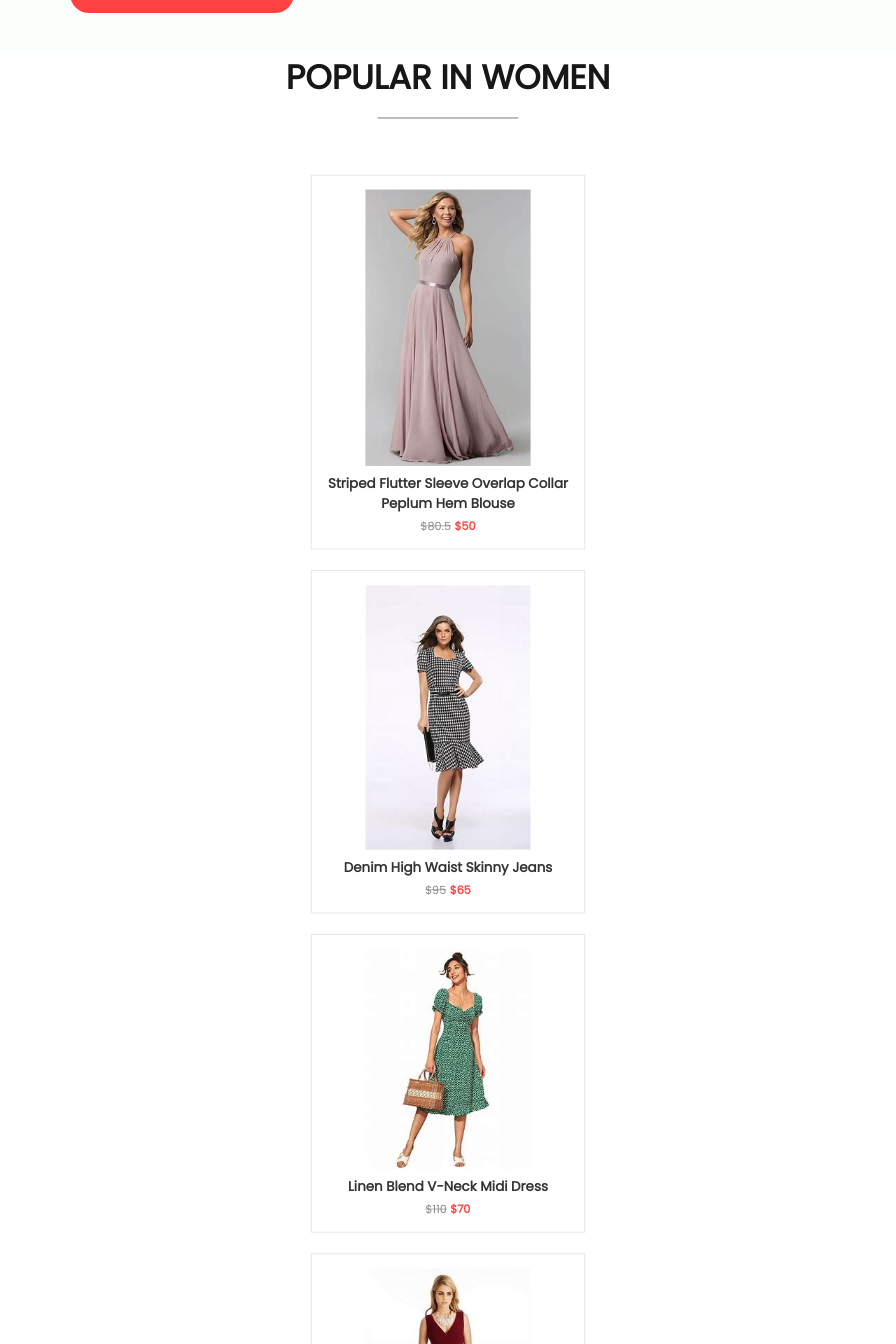
Repository: sshaiv/Shoppie_EcommerceAPP
Page: /
The author's editor kept a copy of each file at every save. The page is drawn from the files as they stood at one save, then again after a run of saves.
The browser window is 1280 px wide. The pictures show the part of the page from y = 734 to 2654 px (the page is 3003 px tall before and 2945 px after), at 70% of full size.
The project was rebuilt for these pictures with package versions that can differ from the ones it lists, and the page was loaded fresh each time. Also part of the build but not shown: src/App.css, src/Components/Pages/ShopCategory.jsx, src/Components/Pages/Product.jsx, src/Components/Pages/Cart.jsx, src/Components/Pages/LoginSignup.jsx, src/Components/Item/Item.jsx.

Above is the page before, as saved 2024-07-16 18:24:15.

### public/index.html
<!DOCTYPE html>
<html lang="en">
  <head>
    <meta charset="utf-8" />
    <link rel="icon" href="%PUBLIC_URL%/favicon.ico" />
    <meta name="viewport" content="width=device-width, initial-scale=1" />
    <meta name="theme-color" content="#000000" />
    <meta
      name="description"
      content="Web site created using create-react-app"
    />
    <link rel="apple-touch-icon" href="%PUBLIC_URL%/logo192.png" />
    <!--
      manifest.json provides metadata used when your web app is installed on a
      user's mobile device or desktop. See https://developers.google.com/web/fundamentals/web-app-manifest/
    -->
    <link rel="manifest" href="%PUBLIC_URL%/manifest.json" />
    <!--
      Notice the use of %PUBLIC_URL% in the tags above.
      It will be replaced with the URL of the `public` folder during the build.
      Only files inside the `public` folder can be referenced from the HTML.

      Unlike "/favicon.ico" or "favicon.ico", "%PUBLIC_URL%/favicon.ico" will
      work correctly both with client-side routing and a non-root public URL.
      Learn how to configure a non-root public URL by running `npm run build`.
    -->
    <link rel="preconnect" href="https://fonts.googleapis.com">
    <link rel="preconnect" href="https://fonts.gstatic.com" crossorigin>
    <link href="https://fonts.googleapis.com/css2?family=Poppins&display=swap" rel="stylesheet">
    <title>E-Commerce</title>
  </head>
  <body>
    <noscript>You need to enable JavaScript to run this app.</noscript>
    <div id="root"></div>
    <!--
      This HTML file is a template.
      If you open it directly in the browser, you will see an empty page.

      You can add webfonts, meta tags, or analytics to this file.
      The build step will place the bundled scripts into the <body> tag.

      To begin the development, run `npm start` or `yarn start`.
      To create a production bundle, use `npm run build` or `yarn build`.
    -->
  </body>
</html>

### src/index.css
*{
  margin: 0;
}

body {
  margin: 0;
  font-family: -apple-system, BlinkMacSystemFont, 'Segoe UI', 'Roboto', 'Oxygen',
    'Ubuntu', 'Cantarell', 'Fira Sans', 'Droid Sans', 'Helvetica Neue',
    sans-serif;
  -webkit-font-smoothing: antialiased;
  -moz-osx-font-smoothing: grayscale;

 font-family:'Poppins';

}

code {
  font-family: source-code-pro, Menlo, Monaco, Consolas, 'Courier New',
    monospace;
}

### src/App.js
import React from 'react';
import './App.css';
import Navbar from './Components/Navbar/Navbar';
import { BrowserRouter, Routes, Route } from 'react-router-dom';
import ShopCategory from './Components/Pages/ShopCategory';
import Product from './Components/Pages/Product';
import Cart from './Components/Pages/Cart';
import LoginSignup from './Components/Pages/LoginSignup';
import Shop from './Components/Pages/Shop';

const App = () => {
  return (
    <div>
      <BrowserRouter>
        <Navbar />
        <Routes>
          <Route path='/' element={<Shop />} />
          <Route path='/mens' element={<ShopCategory category='mens' />} />
          <Route path='/womens' element={<ShopCategory category='women' />} />
          <Route path='/kids' element={<ShopCategory category='kids' />} />
          <Route path='/product' element={<Product />} />
          <Route path='/product/:productID' element={<Product />} />
          <Route path='/cart' element={<Cart />} />
          <Route path='/login' element={<LoginSignup />} />
        </Routes>
      </BrowserRouter>
    </div>
  );
}

export default App;

### src/Components/Navbar/Navbar.jsx
import React, { useState } from 'react'
import './Navbar.css'
import logo from '../Assets/logo.png'
import cart_icon from '../Assets/cart_icon.png'
import { Link } from 'react-router-dom'

const Navbar = () => {
const [menu,setMenu]=useState("shop");

  return (
    <div>
      <div className='navbar'>
        <div className='nav-logo'>
          <img src={logo} alt="Logo" />
          <p>Shopper</p>
        </div>
        <ul className='nav-menu'>
            <li onClick={()=>{setMenu("shop")}}><Link style={{textDecoration:'none'}} to='/'>Shop </Link>{menu==="shop"? <hr/> :<></>}   </li>
            <li onClick={()=>{setMenu("mens")}}><Link style={{textDecoration:'none'}}  to='/mens'>Mens</Link> {menu==="shop"? <hr/> :<></>} </li>
            <li onClick={()=>{setMenu("womens")}}><Link style={{textDecoration:'none'}}  to='/womens'>Womens </Link> {menu==="shop"? <hr/> :<></>} </li>
            <li onClick={()=>{setMenu("kids")}}><Link style={{textDecoration:'none'}}  to='/kids'>Kids</Link> {menu==="shop"? <hr/> :<></>} </li>
        </ul>

        <div className="nav-login-cart">
          <Link to='/login'>  <button>Login</button></Link>
       <Link to='/cart'>   <img src={cart_icon} alt="" /></Link>
      <div className="nav-cart-count">0</div>
        </div>
      </div>
    </div>
  )
}

export default Navbar

### src/Components/Pages/Shop.jsx
import React from 'react';
import Hero from '../Hero/Hero';
import Popular from '../Popular/Popular';

const Shop = () => {
  return (
    <div>
      <Hero/>
      <Popular/>
    </div>
  );
}

export default Shop;

### src/Components/Navbar/Navbar.css
.navbar{
    display: flex;
    justify-content: space-around;
    padding: 16px;
    box-shadow:0 1px 3px -2px black ;

}
.nav-logo{
    display:flex;
    align-items: center;
    gap: 10px;
}

.nav-logo p{
    color: #171717;
    font-size: 38px;
    font-weight: 600;
}
.nav-menu{
    display:flex;
    align-items:center;
    list-style: none;
    gap: 50px;
    color:#626262;
    font-size: 20px;
    font-weight: 500;

}


  .nav-logo img {
    height: 40px;
    margin-right: 10px;
  }



  .nav-menu li {
    margin: 0 15px;
    position: relative;
    cursor: pointer;
  }

  .nav-menu li:hover hr {
    display: block;
  }

  .nav-menu hr {
    display: none;
    width: 80%;
    height: 3px;
    border-radius: 10px;
    background-color:red;

  }

  .nav-login-cart {
    display: flex;
    align-items: center;
    gap: 45px;
  }

  .nav-login-cart button {
    width: 157px;
    height: 58px;
    outline: none;
    border: 1px solid #7a7a7a;
    border-radius: 75px;
    color:#515151;
    font-size: 20px;
    font-weight: 500;
    background: white;
    cursor: pointer;
  }

  .nav-login-cart button:active{
    background:#f3f3f3;
  }
  .nav-login-cart img {
    height: 30px;
    cursor: pointer;
  }
  .nav-cart-count{
    width: 22px;
    height: 22px;
    display: flex;
    justify-content: center;
    align-items:center;
    margin-top: -35px;
    margin-left: -55px;
    border: radius 11px;
    font-size: 14px;
    background-color:red;
    color:white;
  }

  @media (max-width: 768px) {
    .navbar {
      flex-direction: column;
      align-items: center;
    }

    .nav-logo p {
      font-size: 20px;
    }

    .nav-menu {
      flex-direction: column;
      align-items: center;
      gap: 10px;
    }

    .nav-menu li {
      margin: 10px 0;
    }

    .nav-login-cart {
      flex-direction: column;
      align-items: center;
      gap: 10px;
    }
  }

### src/Components/Hero/Hero.jsx
import React from "react";
import "./Hero.css";
import hand_icon from "../Assets/hand_icon.png";
import arrow_icon from "../Assets/arrow_icon.png";
import hero_imae from '../Assets/hero_imae.png';

const Hero = () => {
  return (
    <div className="hero">
      <div className="hero-left">
        <h2>NEW ARRIVALS ONLY</h2>
        <div className="hero-hand-icon">
          <p>new</p>
          <img src={hand_icon} alt="hand icon" />
        </div>
        <p>collections</p>
        <p>for everyone</p>
        <div className="hero-latest-btn">
          <div>Latest Collection</div>
          <img src={arrow_icon} alt="arrow icon" />
        </div>
      </div>
      <div className="hero-right">
        <img src={hero_imae} alt="hero" />
      </div>
    </div>
  );
};

export default Hero;

### src/Components/Popular/Popular.jsx
import React from 'react';
import './Popular.css';
import data_product from '../Assets/data';
import Item from '../Item/Item';

const Popular = () => {
  return (
    <div className='popular'>
      <h1>POPULAR IN WOMEN</h1>
      <hr />
      <div className="popular-item">
        {data_product.map((item, i) => (
          <div className="item" key={i}>
            <img src={item.image} alt={item.name} />
            <div className="name">{item.name}</div>
            <div className="price">
              <span className="old-price">${item.old_price}</span>
              <span className="new-price">${item.new_price}</span>
            </div>
          </div>
        ))}
      </div>
    </div>
  );
}

export default Popular;

### src/Components/Hero/Hero.css
.hero {
    height: 100vh;
    background: linear-gradient(180deg, #fde1ff, #e1ffea22 60%);
    display: flex;
    justify-content: space-between;
    align-items: center;
    padding: 0 50px;
    box-sizing: border-box;
  }

  .hero-left {
    flex: 1;
    display: flex;
    flex-direction: column;
    justify-content: center;
    gap: 20px;
    padding-left: 50px;
    line-height: 1.3;
  }

  .hero-left h2 {
    color: #090909;
    font-size: 1.5rem;
    font-weight: 500;
    position: relative;
    bottom: 50px;
  }

  .hero-left p {
    color: #171717;
    font-size: 4rem;
    font-weight: 700;
    margin: 10px 0;
  }

  .hero-hand-icon {
    display: flex;
    align-items: center;
    gap: 10px;
    font-size: 1.5rem;
    font-weight: 500;
    color: #ff4141;
  }

  .hero-hand-icon img {
    width: 50px;
  }
  .hero-latest-btn {
    width: 260px;
    display: flex;
    justify-content: center;
    align-items: center;
    gap: 10px;
    padding: 15px 30px;
    border-radius: 50px;
    margin-top: 30px;
    background: #ff4141;
    color: white;
    font-size: 1.2rem;
    font-weight: 600;
    text-transform: uppercase;
    transition: background 0.3s ease, transform 0.3s ease;
    cursor: pointer;
    position: relative;
    top: 50px; /* Add position relative to the parent */
  }

  .hero-latest-btn img {
    height: 20px;
    width: 50px;
    position: absolute; /* Position the image absolutely */
    right: 10px; /* Adjust right position as needed */
  }

  .hero-latest-btn:hover {
    background: #e63939;
    transform: scale(1.05);
  }


  .hero-right {
    flex: 1;
    display: flex;
    justify-content: center;
    align-items: center;
    padding-right: 50px;
  }

  .hero-right img {
    max-width: 100%;
    height: 500px;
   position: relative;
   left: 50px;
   bottom: 25px;

  }

### src/Components/Popular/Popular.css
.popular {
    height: 90vh;
    display: flex;
    flex-direction: column;
    align-items: center;
    gap: 10px;
  }

  .popular h1 {
    font-size: 3rem; /* Adjusted font size */
    font-weight: 600;
    color: #171717;
    margin-bottom: 10px; /* Added margin for spacing */
  }

  .popular hr {
    width: 200px;
    height: 6px;
    border-radius: 10px;
    background: #252525;
    margin-bottom: 20px; /* Added margin for spacing */
  }

  .popular-item {
    margin-top: 50px;
    display: grid;
    grid-template-columns: repeat(auto-fit, minmax(300px, 1fr)); /* Adjusted grid columns */
    gap: 30px; /* Increased gap between items */
    justify-content: space-between; /* Distribute items with space between */
  }

  .popular-item .item {
    border: 1px solid #ddd; /* Example border style for items */
    padding: 20px; /* Example padding for items */
    display: flex;
    flex-direction: column;
    align-items: center;
    text-align: center;
  }

  .popular-item .item img {
    max-width: 100%;
    height: auto;
    margin-bottom: 10px; /* Space below image */
  }

  .popular-item .item .name {
    font-size: 1.2rem; /* Adjusted font size for item name */
    font-weight: bold;
    color: #333;
    margin-bottom: 5px; /* Space below name */
  }

  .popular-item .item .price {
    font-size: 1rem; /* Adjusted font size for prices */
    color: #888;
  }

  .popular-item .item .old-price {
    text-decoration: line-through; /* Strikethrough for old price */
    margin-right: 5px; /* Space between old and new price */
  }

  .popular-item .item .new-price {
    font-weight: bold;
    color: #ff4141;
  }

  @media (max-width: 768px) {
    .popular h1 {
      font-size: 2rem; /* Adjusted font size for smaller screens */
    }

    .popular-item {
      grid-template-columns: repeat(auto-fill, minmax(250px, 1fr)); /* Adjusted for smaller screens */
      gap: 20px; /* Adjusted gap for smaller screens */
      margin-top: 30px; /* Adjusted margin for smaller screens */
    }
  }

### src/Components/Assets/data.js
import p1_img from './product1.png'
import p2_img from './product2.png'
import p3_img from './product3.png'
import p4_img from './product4.png'


let data_product = [
    {
      id: 1,
      name: "Striped Flutter Sleeve Overlap Collar Peplum Hem Blouse",
      image: p1_img,
      new_price: 50.00,
      old_price: 80.50,
    },
    {
      id: 2,
      name: "Denim High Waist Skinny Jeans",
      image: p2_img,
      new_price: 65.00,
      old_price: 95.00,
    },
    {
      id: 3,
      name: "Linen Blend V-Neck Midi Dress",
      image: p3_img,
      new_price: 70.00,
      old_price: 110.00,
    },
    {
      id: 4,
      name: "Leather Crossbody Bag with Tassel Detail",
      image: p4_img,
      new_price: 45.00,
      old_price: 75.00,
    },
  ];


export default data_product;

### src/Components/Item/Item.css
.item{
    width: 350px;

}

.item p{
    margin: 6px 0px;
}

.item-prices{
    display: flex;
    gap: 20px;
}

.item-price-new{
    color: #374151;
    font-size: 18px;
    font-weight: 600;
}

.item-price-old{
    color:#8c8c8c;
    font-size: 18px;
    font-weight: 500;
    text-decoration: line-through;
}
.item:hover{
    transform: scale(1.05);
    transition: 0.6s;
}

Loaded but not shown: src/index.js (common file); src/reportWebVitals.js (common file)

After the next 3 saves:
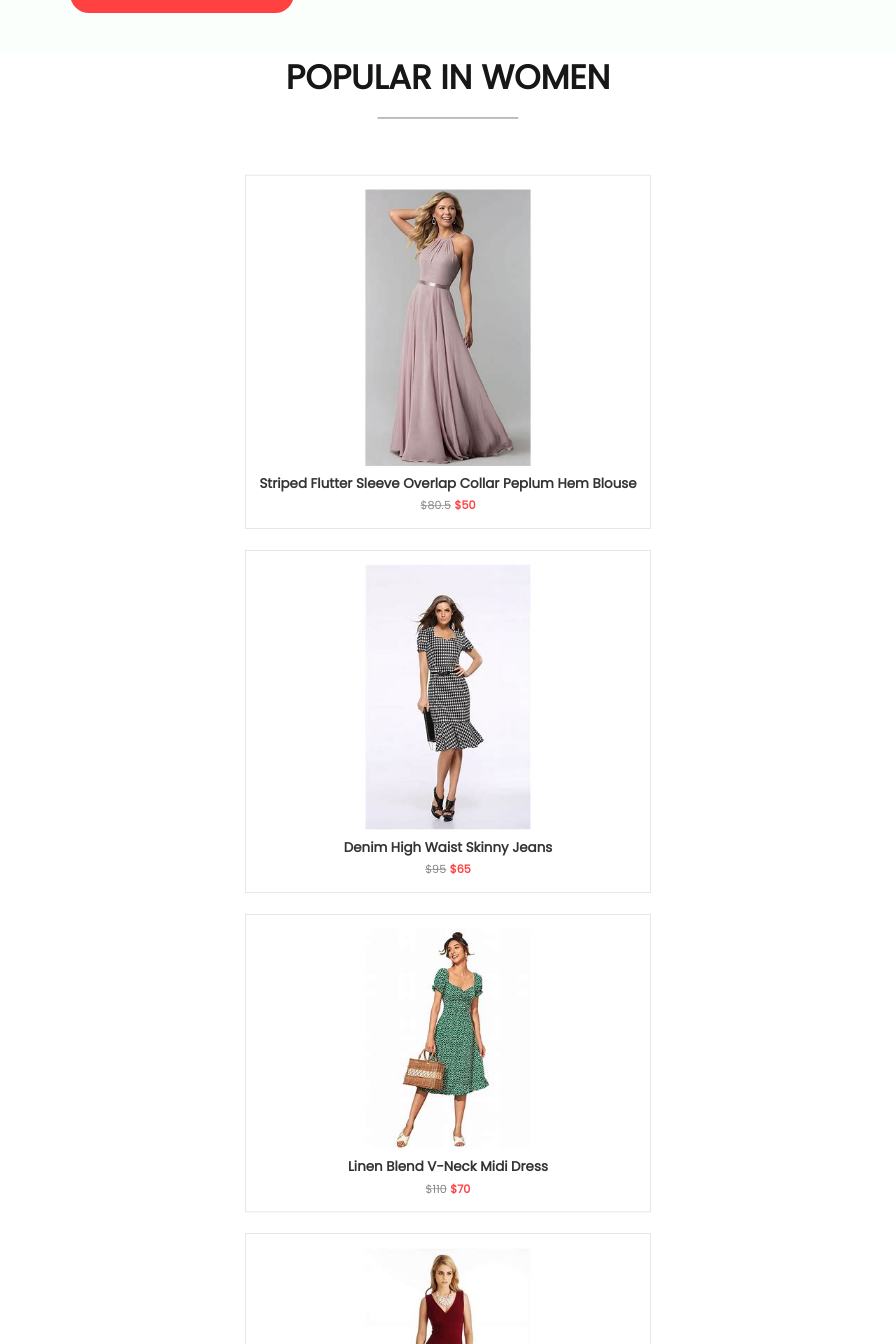
The 3 saves are shown as one change because they came seconds apart.
The last was saved 28 s later.
--- a/src/Components/Popular/Popular.jsx
+++ b/src/Components/Popular/Popular.jsx
@@ -1,7 +1,7 @@
 import React from 'react';
 import './Popular.css';
 import data_product from '../Assets/data';
-import Item from '../Item/Item';
+// import Item from '../Item/Item';
 
 const Popular = () => {
   return (
